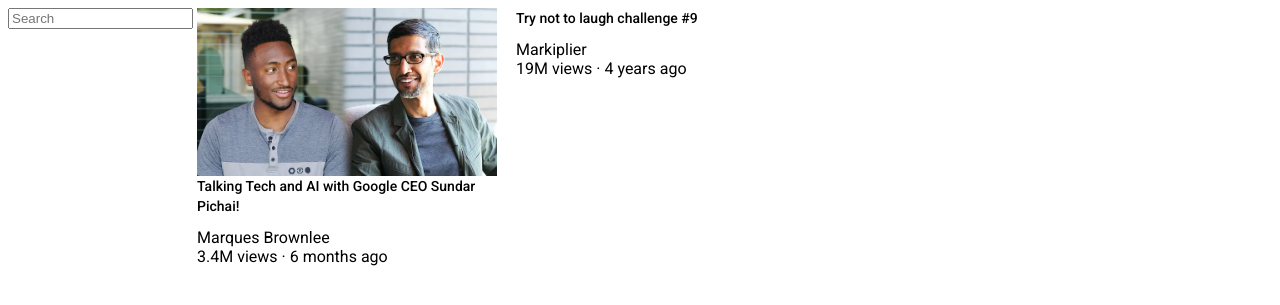
Repository: knowledgeAlan/html-css-ten
Page: youtube.html
An editor plug-in stored every save of this project. The page is shown before and after the next save, followed by the edit.
The browser window is 1280 px wide. The pictures show the whole page.

Above is the page before, as saved 2024-03-07 18:15:02.

### youtube.html
<!DOCTYPE html>
<html>

<head>
    <title>Youtube.com Clone</title>

    <link rel="preconnect" href="https://fonts.googleapis.com">
    <link rel="preconnect" href="https://fonts.gstatic.com" crossorigin>
    <link href="https://fonts.googleapis.com/css2?family=Roboto:wght@400;500;700&display=swap" rel="stylesheet">
    <style >

        p {
            font-family: Roboto,Arial;
            margin-top: 0;
            margin-bottom: 0;
        }
        .thumbnail {
            width: 300px;
            display: block;
        }

        .search-bar{

            display: block;
        }

        .video-title {
            margin-top: 0;
            font-size: 14px;
            font-weight: 500;
            line-height: 20px;
            margin-bottom: 12px;
        }

        .video-preview {

            width: 300px;
            display: inline-block;
            vertical-align: top;
            margin-right: 15px;
        }

        .channel-picture {
            display:  inline-block;
            width: 50px;
            vertical-align: top;

        }


    </style>

    <body>



        <input class="searh-bar" type="text" placeholder="Search">


        <div class="video-preview">

            <img class="thumbnail" src="thumbnails/thumbnail.png" alt="Dinosaur"/>

            <p class="video-title">
                Talking Tech and AI with Google CEO Sundar Pichai!
            </p>

            <p class="video-author">
                Marques Brownlee
            </p>

            <p class="video-stats">
                3.4M views &#183; 6 months ago
            </p>
        </div>


        <div class="video-preview">

            <div class="thumbnail-row">
                <img class="thumbnail" sr="thumails/thumbnail-2.webp">
            </div>

            <div class="video-info">
                <p class="video-title">
                    Try not to laugh challenge #9
                </p>

                <p class="video-author">
                       Markiplier
                </p>

                <p class="video-stats">
                    19M views &#183; 4 years ago
                </p>

            </div>
        </div>
    </body>
</head>
</html>

After the next save:
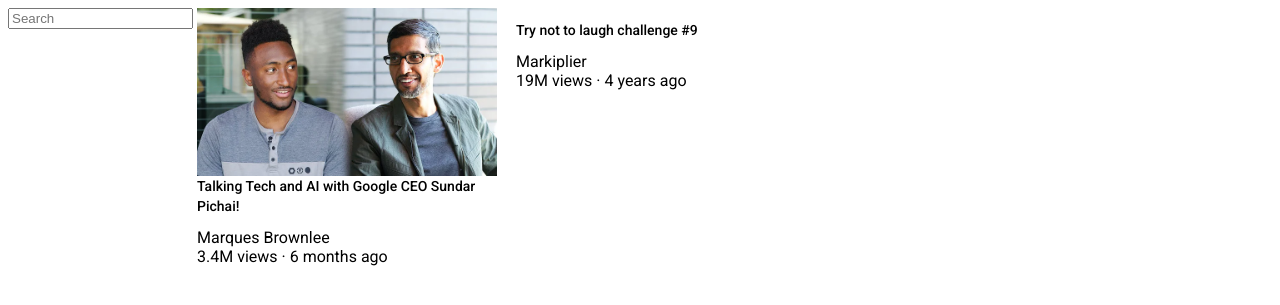
Saved 35 s later.
--- a/youtube.html
+++ b/youtube.html
@@ -47,6 +47,9 @@
 
         }
 
+        .thumbnail-row{
+            margin-bottom: 12px;
+        }
 
     </style>
 
